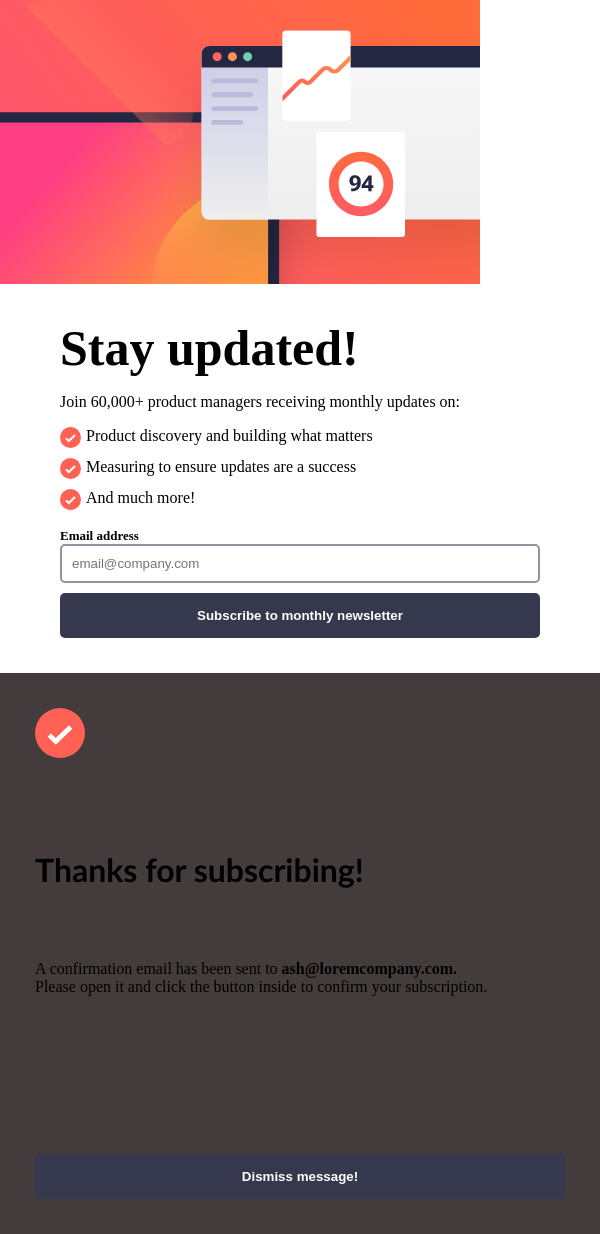
Repository: Celebration-cloud/Newsletter
Page: index.html
The author's editor kept a copy of each file at every save. The page is drawn from the files as they stood at one save, then again after the next save.
The browser window is 600 px wide. The pictures show the whole page.

Above is the page before, as saved 2023-07-20 00:03:31.

After the next save:
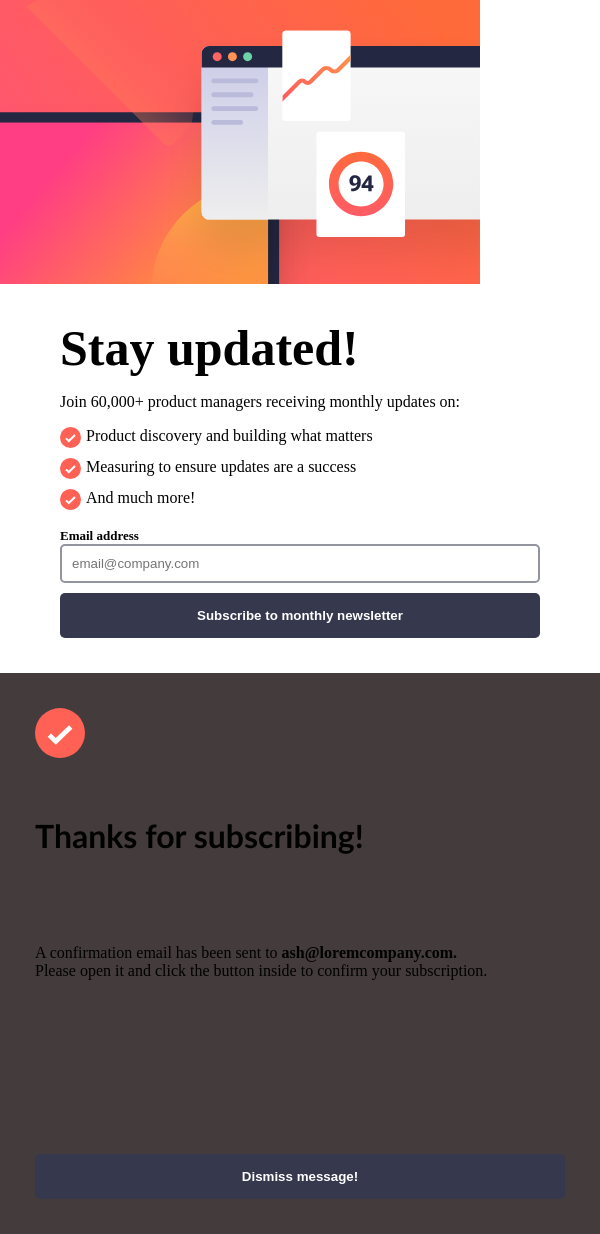
Saved 5 s later.
--- a/index.css
+++ b/index.css
@@ -138,7 +138,7 @@ button{
     #success img{
         width: 50px;
         margin-bottom: 30px;
-        margin-bottom: -50px;
+        margin-bottom: -100px;
     }
     #success h2{
         margin-top: -10px;
